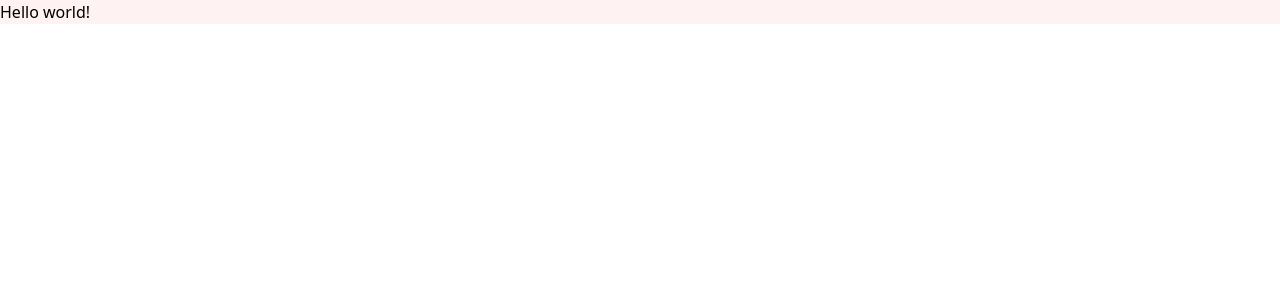
Repository: wandersondacosta/NLW-return-
Page: / (app in web/)
An editor plug-in stored every save of this project. The page is shown before and after the next save, followed by the edit.
The browser window is 1280 px wide. The pictures show the whole page.
The project was rebuilt for these pictures with package versions that can differ from the ones it lists, and the page was loaded fresh each time. Also part of the build but not shown: web/vite.config.ts.

Above is the page before, as saved 2022-05-02 20:31:48.

After the next save:
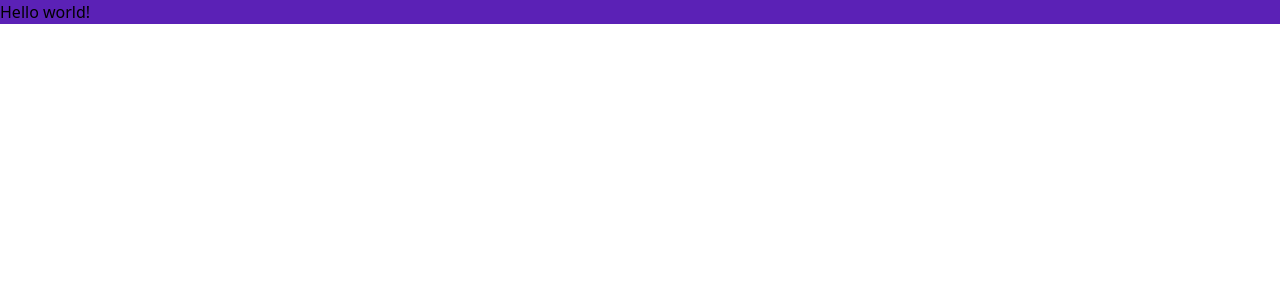
Saved 50 s later.
--- a/web/src/App.tsx
+++ b/web/src/App.tsx
@@ -1,6 +1,6 @@
 function App() {
   return (
-    <div className="bg-red-50">
+    <div className="bg-violet-800">
       <h1>Hello world!</h1>
     </div>
   );
